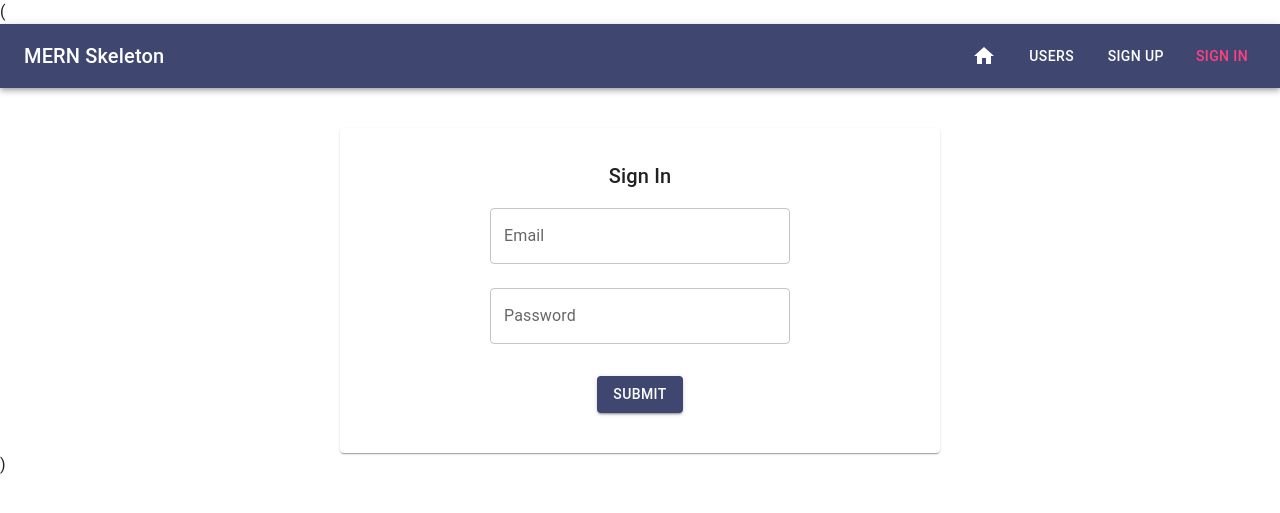
Repository: BlessingAjiboye/COMP229SEC002F25-DEPLOY
Page: /signin (app in client/)
These files come from the project's save history. The page is drawn as it stood at one moment and after the next save; the edit follows.
The browser window is 1280 px wide. The pictures show the whole page.
The project was rebuilt for these pictures with package versions that can differ from the ones it lists, and the page was loaded fresh each time. Also part of the build but not shown: client/vite.config.js, client/core/Home.jsx, client/user/api-user.js, client/user/Users.jsx, client/user/Signup.jsx, client/user/DeleteUser.jsx, client/user/Profile.jsx, client/lib/PrivateRoute.jsx and 7 more.

Above is the page before, as saved 2025-11-12 08:59:20.

After the next save:
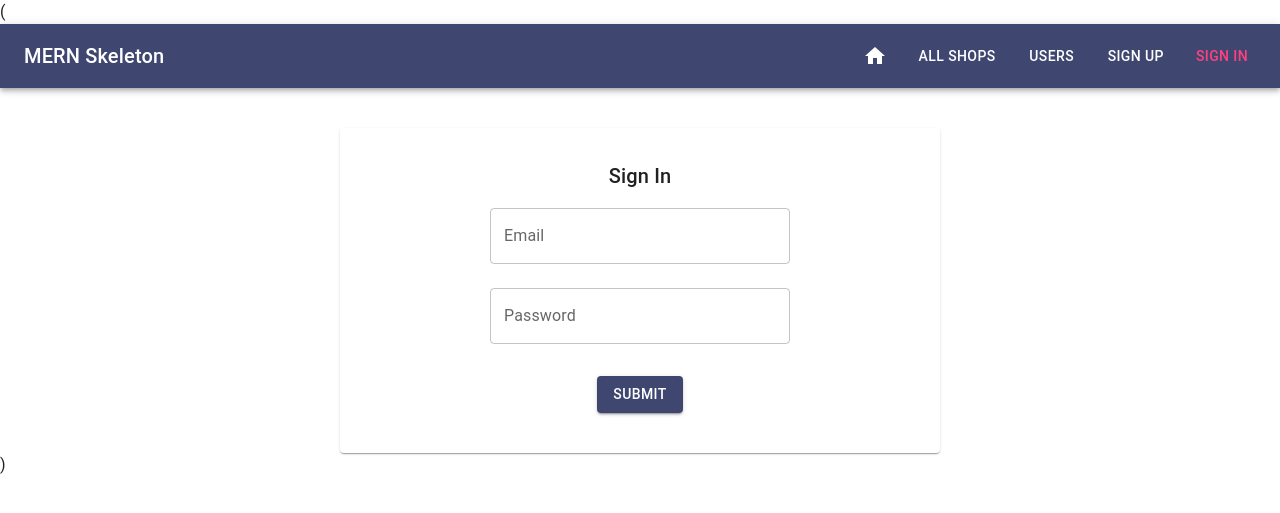
Saved 15 s later.
--- a/client/core/Menu.jsx
+++ b/client/core/Menu.jsx
@@ -34,7 +34,11 @@
           </IconButton>
         </Link>
 
-
+        <Link to="/shops/all" style={{ textDecoration: "none" }}>
+          <Button sx={{ color: isActive(location, "/shops/") }}>
+            All Shops
+          </Button>
+        </Link>
 
         <Link to="/users">
           <Button sx={{ color: isActive(location, "/users") }}>Users</Button>
